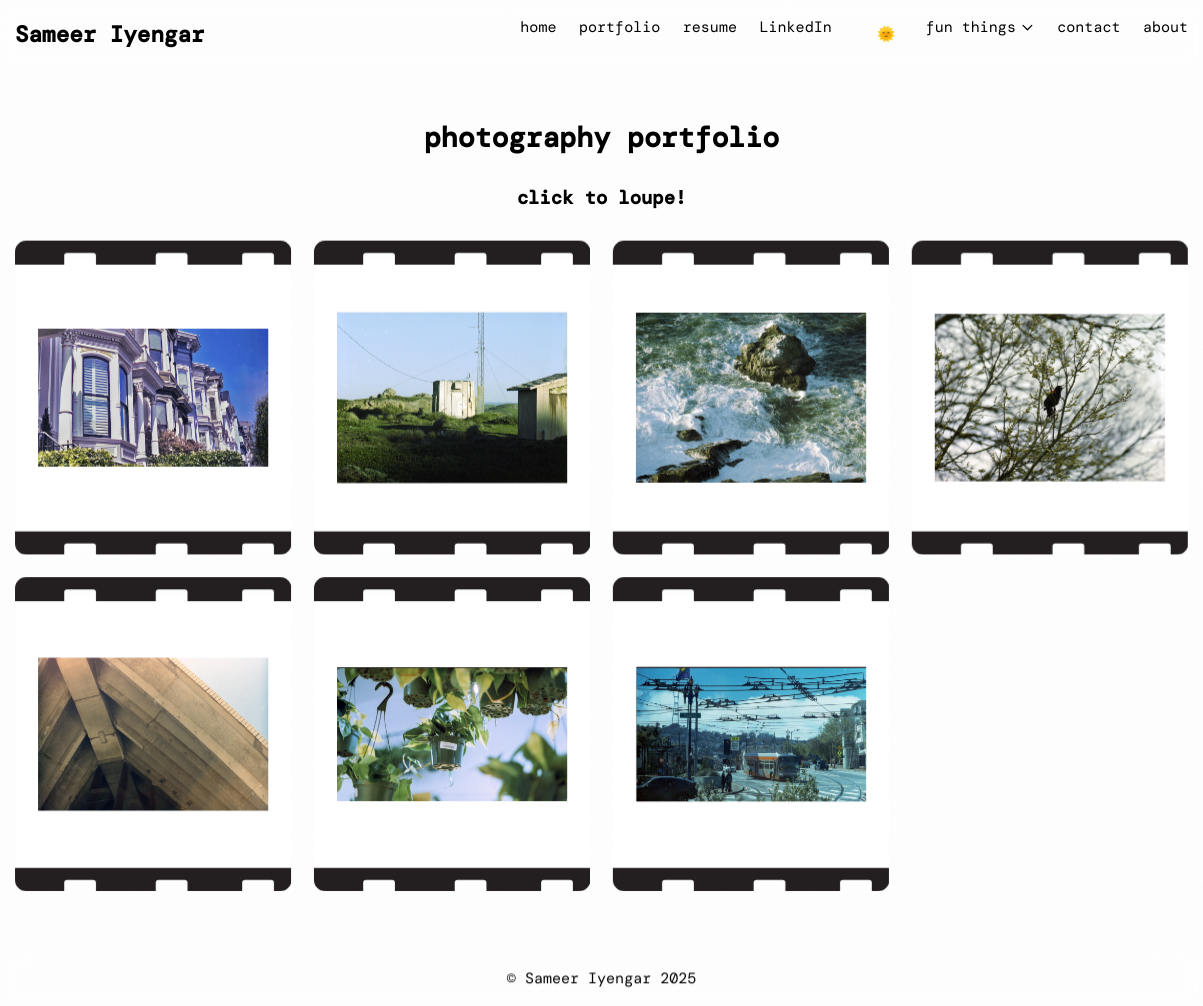
Repository: siyengar04/siyengar04.github.io
Page: portfolio.html
The author's editor kept a copy of each file at every save. The page is drawn from the files as they stood at one save, then again after the next save.
The browser window is 1280 px wide. The pictures show the whole page, at 94% of full size.
Some web fonts or font styles are not loaded; a fallback is used.

Above is the page before, as saved 2025-10-11 16:26:42.

After the next save:
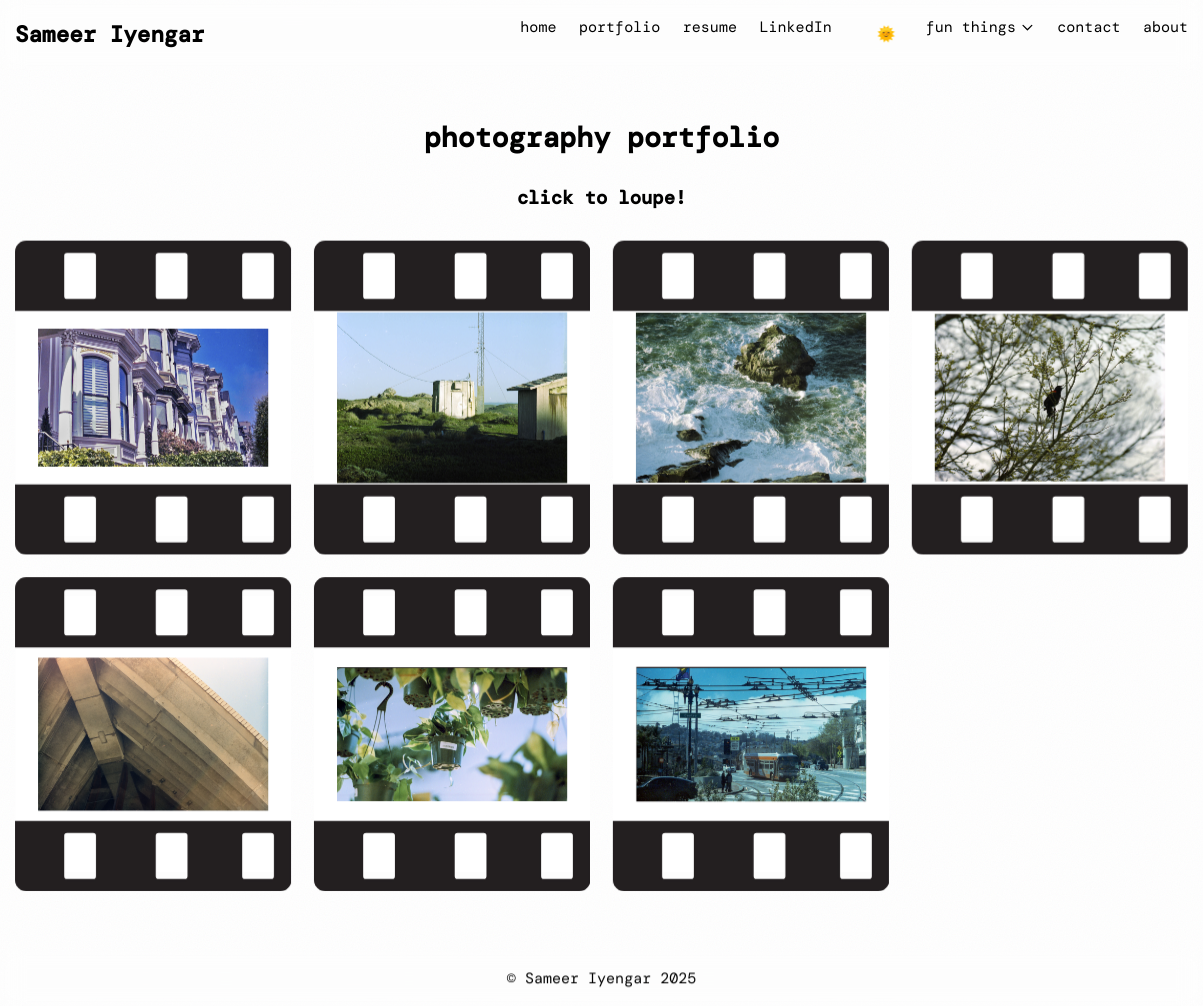
Saved 11 s later.
--- a/portfolio.html
+++ b/portfolio.html
@@ -60,7 +60,7 @@
             position: absolute;
             left: 0;
             width: 100%;
-            height: 25px;
+            height: 75px;
             /* Border height */
             background-size: cover;
             z-index: 2;
